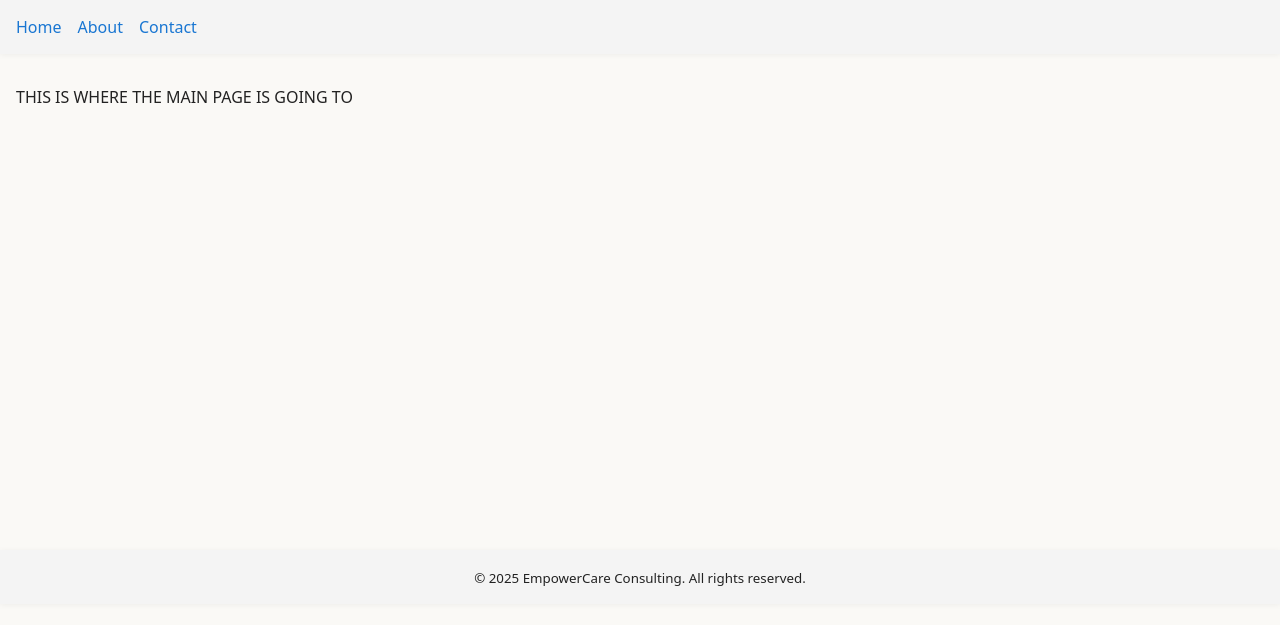
Repository: mcamarco/empowercare
Page: /
The author's editor kept a copy of each file at every save. The page is drawn from the files as they stood at one save, then again after a run of saves.
The browser window is 1280 px wide. The pictures show the whole page.
The project was rebuilt for these pictures with package versions that can differ from the ones it lists, and the page was loaded fresh each time. The framework's server and built-in components were replaced by stand-ins that run in the browser. Also part of the build but not shown: next.config.ts.

Above is the page before, as saved 2025-05-16 15:34:53.

### src/app/layout.tsx
import Link from "next/link";
import "./globals.css";

export const metadata = {
  title: "EmpowerCare Consulting",
  description: "Consulting and education services",
};

export default function RootLayout({ children }: { children: React.ReactNode }) {
  return (
    <html lang="en">
      <body>
        <header style={{ padding: "1rem", background: "#f4f4f4" }}>
          <nav>
            <Link href="/" style={{ marginRight: "1rem" }}>Home</Link>
            <Link href="/about" style={{ marginRight: "1rem" }}>About</Link>
            <Link href="/contact">Contact</Link>
          </nav>
        </header>
        <main style={{ minHeight: "60vh", padding: "2rem 1rem" }}>
          {children}
        </main>
        <footer style={{ padding: "1rem", background: "#f4f4f4", textAlign: "center" }}>
          <small>&copy; {new Date().getFullYear()} EmpowerCare Consulting. All rights reserved.</small>
        </footer>
      </body>
    </html>
  );
}

### src/app/page.tsx
export default function Home() {
  return (
    <main>
      THIS IS WHERE THE MAIN PAGE IS GOING TO <h1></h1>
    </main>
  );
}

### src/app/globals.css
body {
  margin: 0;
  font-family: system-ui, sans-serif;
  background: #faf9f6;
  color: #222;
}

a {
  text-decoration: none;
  color: #1976d2;
}

a:hover {
  text-decoration: underline;
}

header, footer {
  box-shadow: 0 1px 6px rgba(0,0,0,0.05);
}

After the next 2 saves:
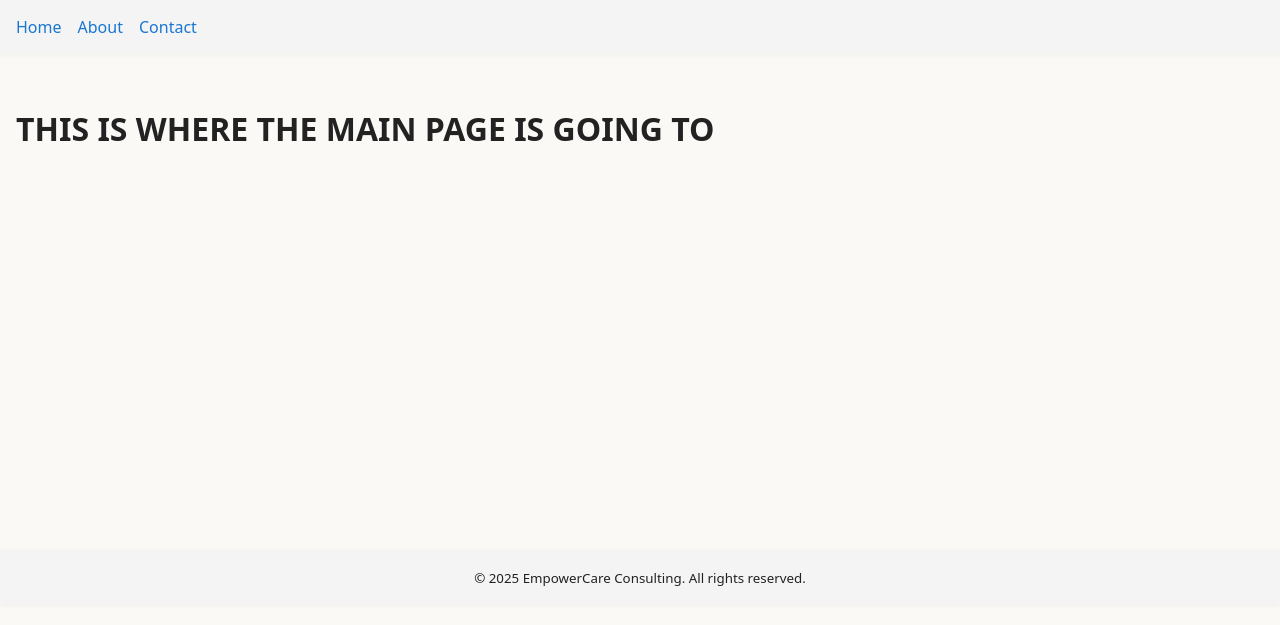
The 2 saves are shown as one change because they came seconds apart.
The last was saved 6 s later.
--- a/src/app/page.tsx
+++ b/src/app/page.tsx
@@ -1,7 +1,7 @@
 export default function Home() {
   return (
     <main>
-      THIS IS WHERE THE MAIN PAGE IS GOING TO <h1></h1>
+      <h1>THIS IS WHERE THE MAIN PAGE IS GOING TO </h1>
     </main>
   );
 }
